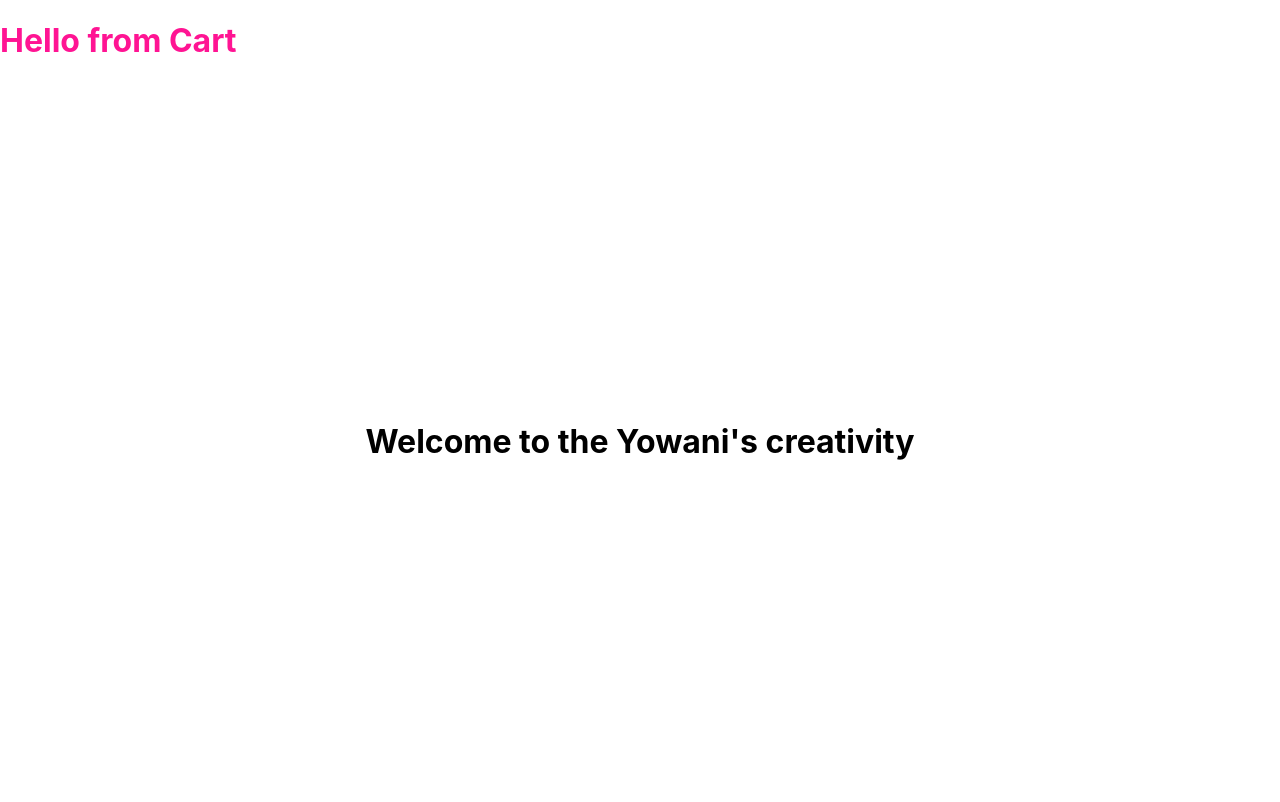
Repository: Yowani24/CarbonApp
Page: /
The author's editor kept a copy of each file at every save. The page is drawn from the files as they stood at one save, then again after the next save.
The browser window is 1280 px wide. The pictures show the whole page.
The project was rebuilt for these pictures with package versions that can differ from the ones it lists, and the page was loaded fresh each time. The framework's server and built-in components were replaced by stand-ins that run in the browser. Also part of the build but not shown: next.config.js.

Above is the page before, as saved 2021-09-26 12:03:27.

### pages/_app.js
import '../styles/globals.css'
import Cart from './cart';

function MyApp({ Component, pageProps }) {
  return (
    <>
      <Cart/>
      <Component {...pageProps} />
    </>
  );
}

export default MyApp

### pages/index.js
import Head from 'next/head'
import Image from 'next/image'
import styles from '../styles/Home.module.css'

export default function Home() {
  return (
    <div className={styles.container}>
      <div>
        <h1>Welcome to the Yowani's creativity</h1>
      </div>
    </div>
  )
}

### pages/cart/index.js
import React from 'react';
import styles from './Cart.module.css'

export default function Cart(props) {
    return (
        <div>
            <h1 className={styles.banana}>Hello from Cart</h1>
        </div>
    )
}

### pages/cart/Cart.module.css
.banana{
    color: deeppink;
}

Loaded but not shown: pages/api/hello.js (common file); styles/globals.css (common file); styles/Home.module.css (common file)

After the next save:
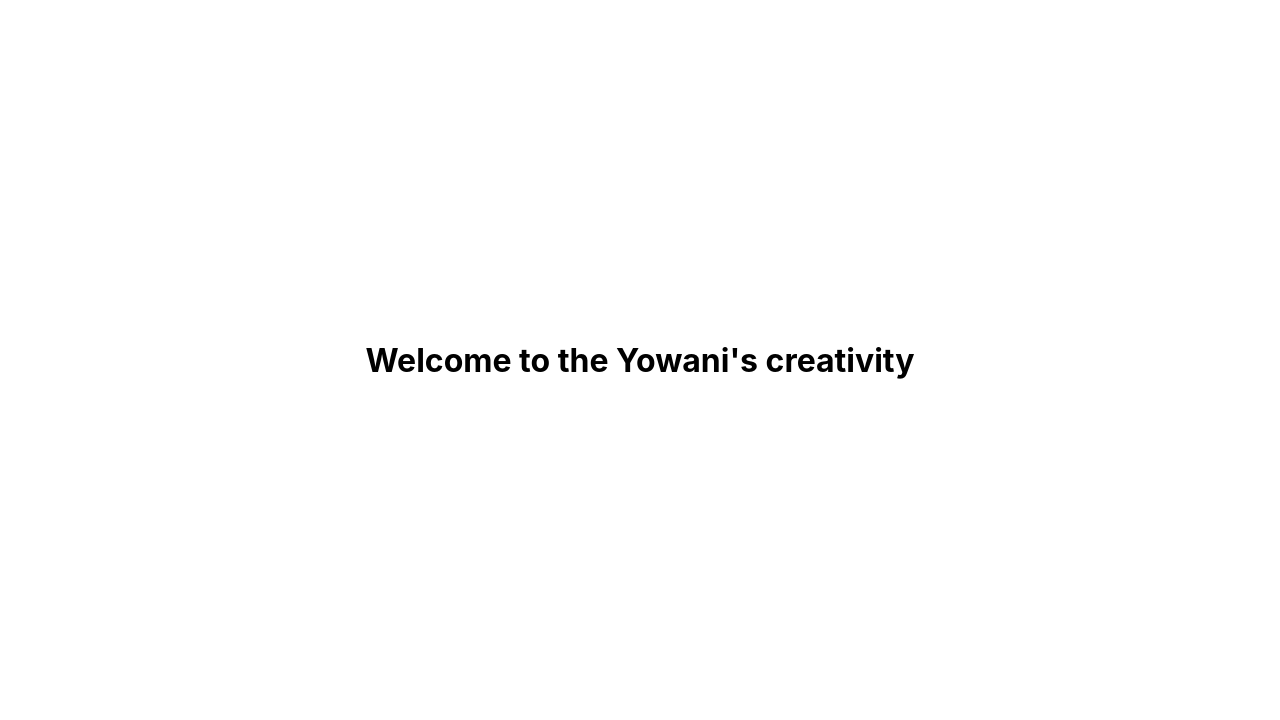
Saved 10 s later.
--- a/pages/_app.js
+++ b/pages/_app.js
@@ -4,7 +4,6 @@ import Cart from './cart';
 function MyApp({ Component, pageProps }) {
   return (
     <>
-      <Cart/>
       <Component {...pageProps} />
     </>
   );
